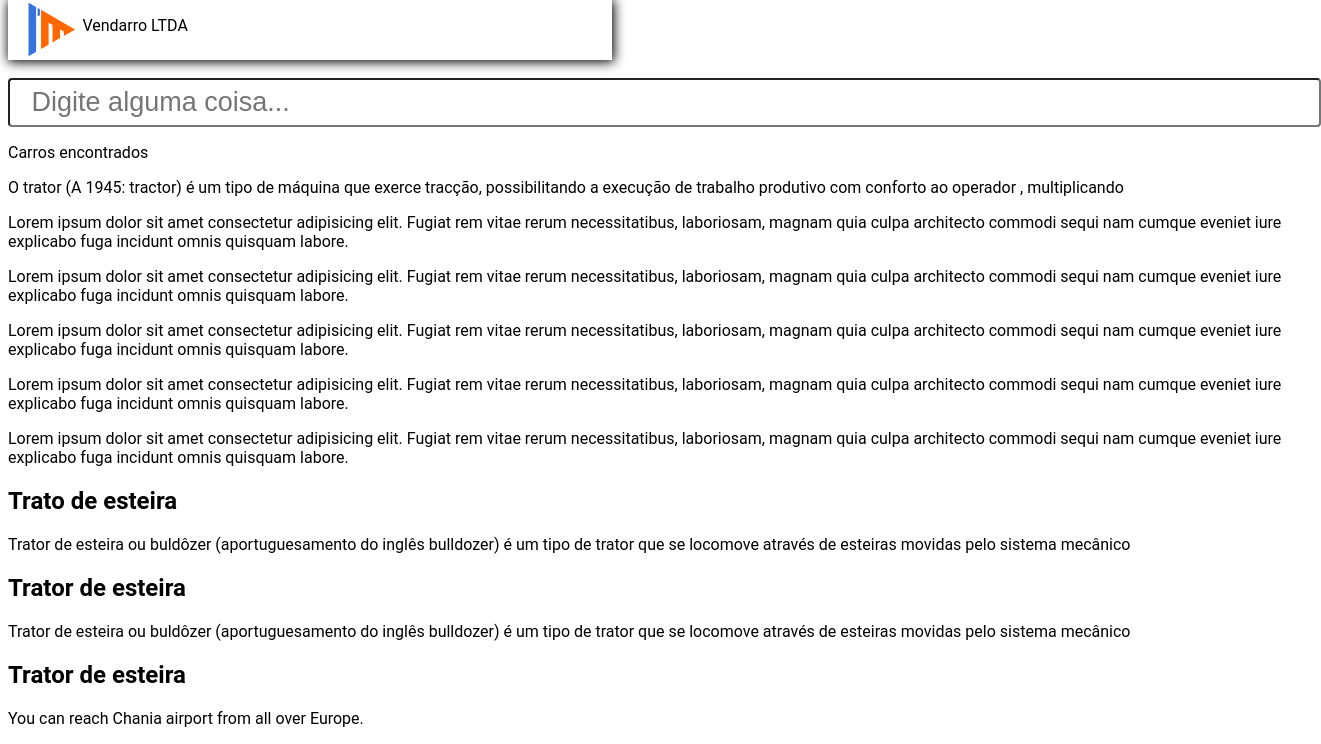
Repository: ecrseer/pesquisa-carros-html
Page: index.html
These files come from the project's save history. The page is drawn as it stood at one moment and after the next save; the edit follows.
The browser window is 1280 px wide. The page is 1321 px wide, then 1280 px, then 1321 px, so the pictures cover 1321 px, including what lies to the right of the window. The pictures show the whole page.

Above is the page before, as saved 2022-01-21 17:02:54.

### index.html
<!doctype html>

<html lang="pt-br">
  <html lang="pt-br">
    <head>
        <meta charset="UTF-8"/>
        <meta name="viewport" content="width=device-width,
        initial-scale=1.0"/>
        <meta http-equiv="X-UA-Compatible" content="ie=edge">
        <title>Vendarro LTDA</title>

  <link rel="stylesheet" href="index.css">

</head>

<body class="maxwidth">
    <nav class="header flex ">
      <img src="./imgs/logo.png" alt="">
      <p>Vendarro LTDA</p>

      </nav>
      <div class="">
        <div class="espaco"></div>
        <div class="row">
               <input type="text" class="maxwidth borda-redonda"
               placeholder="Digite alguma coisa...">
        </div>


        <div class="row">
          <p>Carros encontrados</p>
          <p>O trator (A 1945: tractor) é um tipo de máquina que exerce tracção,
             possibilitando a execução de trabalho produtivo com conforto ao operador
             , multiplicando </p>
             <p>Lorem ipsum dolor sit amet consectetur adipisicing elit. Fugiat rem vitae rerum necessitatibus, laboriosam, magnam quia culpa architecto commodi sequi nam cumque eveniet iure explicabo fuga incidunt omnis quisquam labore.</p>
             <p>Lorem ipsum dolor sit amet consectetur adipisicing elit. Fugiat rem vitae rerum necessitatibus, laboriosam, magnam quia culpa architecto commodi sequi nam cumque eveniet iure explicabo fuga incidunt omnis quisquam labore.</p>
             <p>Lorem ipsum dolor sit amet consectetur adipisicing elit. Fugiat rem vitae rerum necessitatibus, laboriosam, magnam quia culpa architecto commodi sequi nam cumque eveniet iure explicabo fuga incidunt omnis quisquam labore.</p>
             <p>Lorem ipsum dolor sit amet consectetur adipisicing elit. Fugiat rem vitae rerum necessitatibus, laboriosam, magnam quia culpa architecto commodi sequi nam cumque eveniet iure explicabo fuga incidunt omnis quisquam labore.</p>
             <p>Lorem ipsum dolor sit amet consectetur adipisicing elit. Fugiat rem vitae rerum necessitatibus, laboriosam, magnam quia culpa architecto commodi sequi nam cumque eveniet iure explicabo fuga incidunt omnis quisquam labore.</p>
        </div>

        <div class="col-3 col-s-12">
          <div class="aside">
            <h2>Trato de esteira</h2>
            <p>Trator de esteira ou buldôzer (aportuguesamento do inglês bulldozer) é um tipo de trator que se locomove através de esteiras movidas pelo sistema mecânico</p>
            <h2>Trator de esteira</h2>
            <p>Trator de esteira ou buldôzer (aportuguesamento do inglês bulldozer) é um tipo de trator que se locomove através de esteiras movidas pelo sistema mecânico</p>
            <h2>Trator de esteira</h2>
            <p>You can reach Chania airport from all over Europe.</p>

          </div>
        </div>


      </div>

  <script src="scripts.js"></script>

</body>
</html>

### index.css
* {
    --topbar-altura:60px;
  }

  html {
    font-family: "Roboto","Lucida Sans", sans-serif;

  }
  .espaco{
    height: calc(var(--topbar-altura) + 10px);
  }
  .maxwidth{
    width: 100%;
  }
  .borda-redonda{
    border-radius: 4px;
  }
  input{
    padding: 1vh;
    padding-left: 3vh;
    font-size: 27px;
  }

  .header {
    background: white;
    position: fixed;
    top:0;

    max-height: var(--topbar-altura);
    box-shadow: 1px 1px 11px 1px;
    padding: 0 2vh;
    padding-right: 424px;
  }
  .flex{
    display: flex;
    justify-content: space-between;
  }

### scripts.js
function recurs(nmbr){

    if (nmbr==1)
    return 1;
    else
    arr.push(3*recurs(nmbr-1));
}

let
    isWhite = false,
    arr=[];
    let
    fixo=new Array(5);

    fixo[0]='E';
    fixo[4]='S';
    console.log(fixo);


function changeTheme(){
    isWhite ? document.querySelector("body").style.backgroundColor='#010101' :
    document.querySelector("body").style.backgroundColor='#fff';

    isWhite= !isWhite;

    function hapn(){
        console.log('data');
    }

    console.log(arr);
}

After the next save:
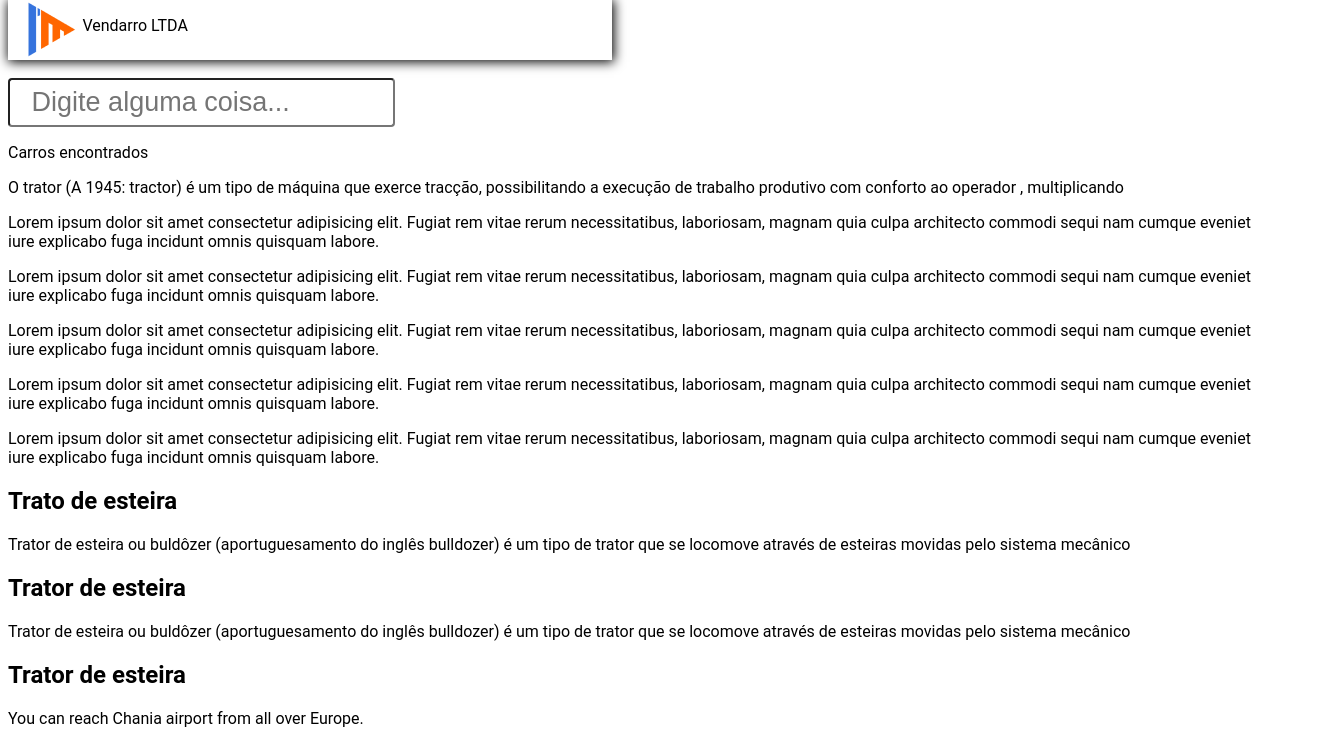
Saved 8 s later.
--- a/index.html
+++ b/index.html
@@ -13,7 +13,7 @@
 
 </head>
 
-<body class="maxwidth">
+<body class="wid100">
     <nav class="header flex ">
       <img src="./imgs/logo.png" alt="">
       <p>Vendarro LTDA</p>
@@ -22,7 +22,7 @@
       <div class="">
         <div class="espaco"></div>
         <div class="row">
-               <input type="text" class="maxwidth borda-redonda"
+               <input type="text" class="wid100 borda-redonda"
                placeholder="Digite alguma coisa...">
         </div>
 

After the save that followed:
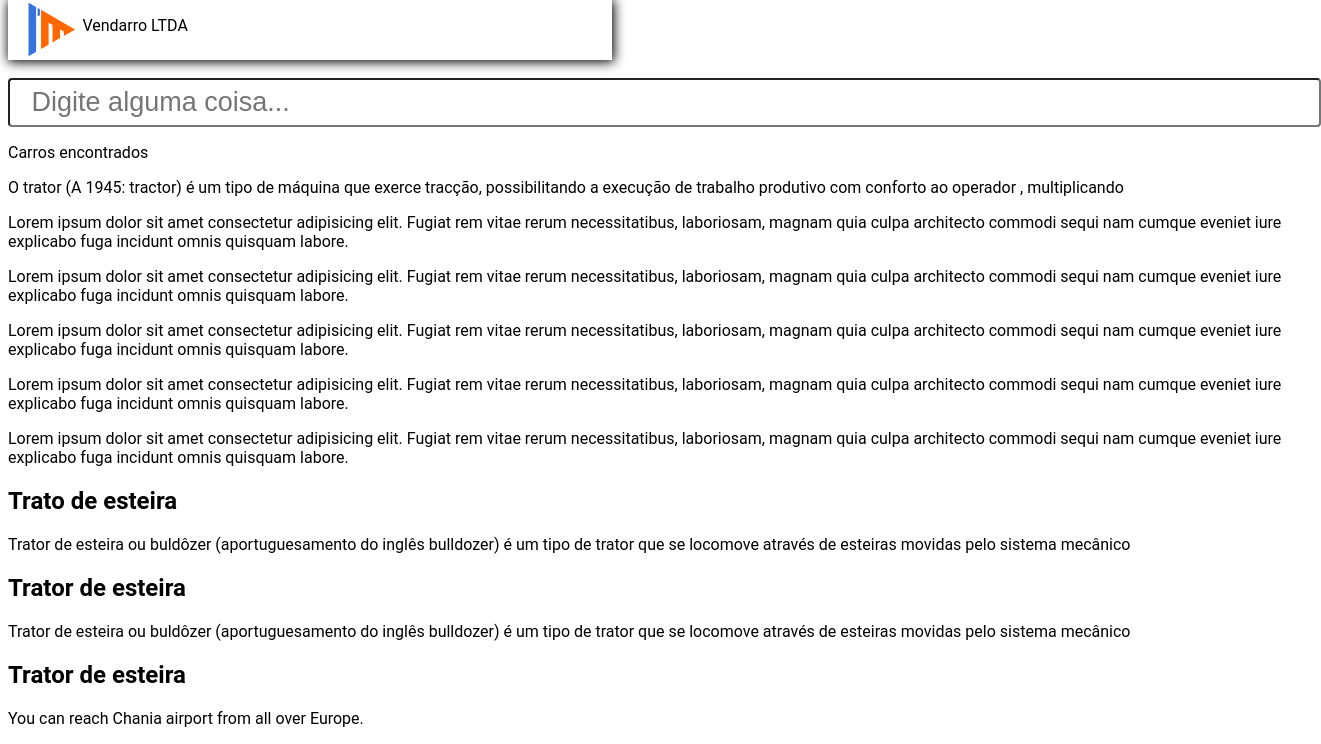
Saved 4 s later.
--- a/index.css
+++ b/index.css
@@ -9,7 +9,7 @@
   .espaco{
     height: calc(var(--topbar-altura) + 10px);
   }
-  .maxwidth{
+  .wid100{
     width: 100%;
   }
   .borda-redonda{
